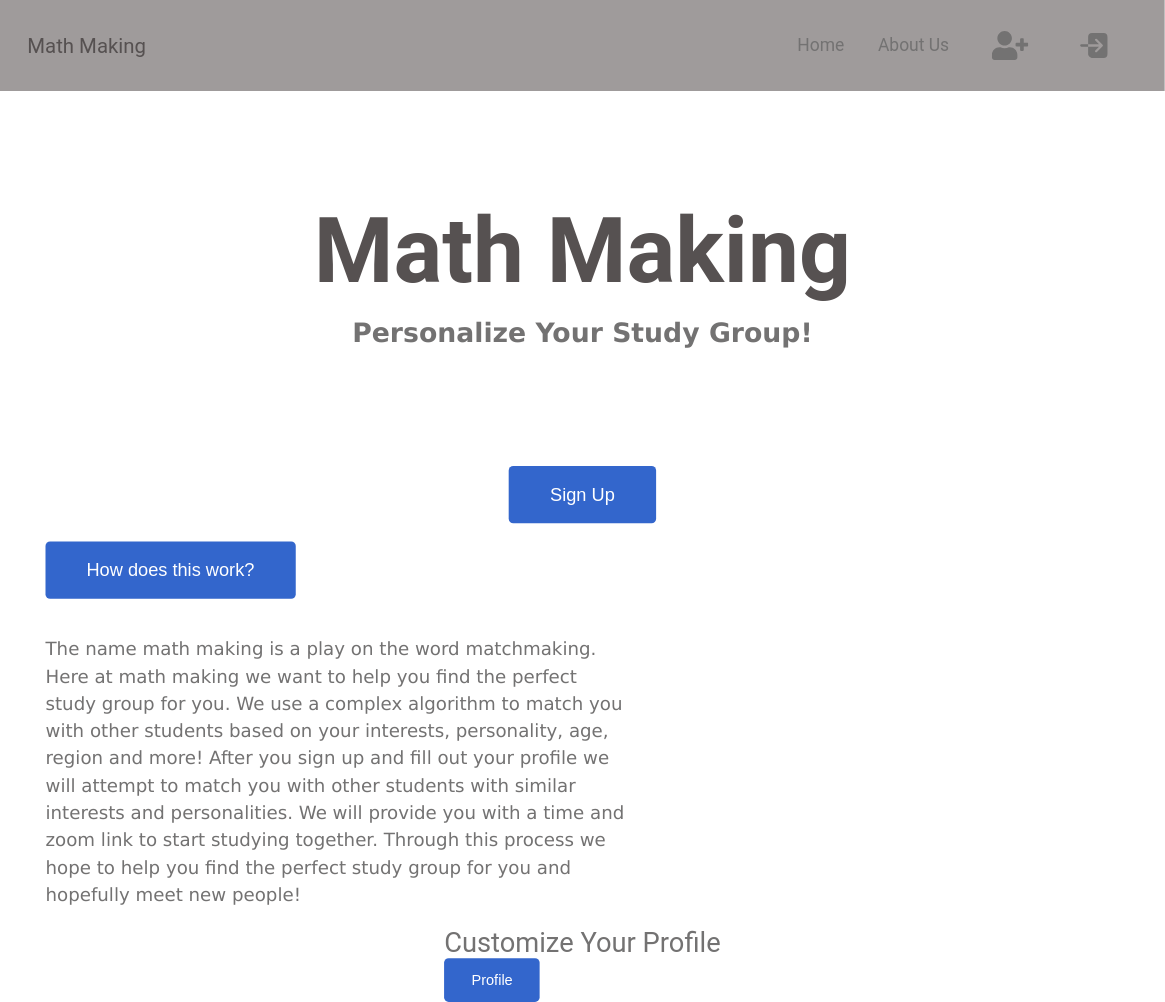
Repository: BuddyBob/mathmaking
Page: /#/, after clicking the first element matching `button.expand-button`
These files come from the project's save history. The page is drawn as it stood at one moment and after the next save; the edit follows.
The browser window is 1280 px wide. The pictures show the whole page, at 91% of full size.
The project was rebuilt for these pictures with package versions that can differ from the ones it lists, and the page was loaded fresh each time. Also part of the build but not shown: src/components/register/Login.js, src/components/register/Signup.js.

Above is the page before, as saved 2023-06-10 14:00:01.

### public/index.html
<!DOCTYPE html>
<html lang="en">
  <head>
    <meta charset="utf-8" />
    <link rel="icon" href="%PUBLIC_URL%/favicon.ico" />
    <meta name="viewport" content="width=device-width, initial-scale=1" />
    <meta name="theme-color" content="#000000" />
    <meta
      name="description"
      content="Web site created using create-react-app"
    />
    <link rel="apple-touch-icon" href="%PUBLIC_URL%/logo192.png" />

    <link rel="manifest" href="%PUBLIC_URL%/manifest.json" />

    <title>Math Making</title>
  </head>
  <body>
    <noscript>You need to enable JavaScript to run this app.</noscript>
    <div id="root"></div>

  </body>
</html>

### src/index.js
import App from './App';
import { AuthProvider } from './components/context/AuthContext';
import React from 'react';
import ReactDOM from 'react-dom';
import { HashRouter as Router } from 'react-router-dom';
ReactDOM.render(

    <Router>
        <AuthProvider>
        < App />
        </AuthProvider>
    </Router>, document.getElementById("root"));

### src/App.js
import {
  Route,
  Routes,
} from "react-router-dom";

import Home from "./Home";
import Login from './components/register/Login'
import Signup from './components/register/Signup'

export default function App() {
  return (
        <Routes>
            <Route  exact path='/' element={<Home/>} />
            <Route exact path='/signup' element={<Signup/>}/>
            <Route exact path='/login' element={<Login/>}/>
            <Route exact path='/forgot-password' element={<Login/>}/>
            <Route exact path='/profile' element={<Login/>}/>
        </Routes>
  );
}

### src/components/context/AuthContext.js
import React,  { useContext, useState, useEffect } from 'react'
import { auth } from '../../firebase'
const AuthContext = React.createContext()
export function useAuth() {
    return useContext(AuthContext)
}
export function AuthProvider({children}) {
    const [currentUser, setCurrentUser] = useState()
    const [loading, setLoading] = useState(true)
    function signup(email,password){
        return auth.createUserWithEmailAndPassword(email,password)
    }
    function login(email,password){
        return auth.signInWithEmailAndPassword(email,password)
    }
    function logout(){
        return auth.signOut()
    }
    function resetPassword(email){
        return auth.sendPasswordResetEmail(email)
    }
    useEffect(() => {
        const unsubscribe = auth.onAuthStateChanged(user => {
            setCurrentUser(user)
            setLoading(false)
        })
        return unsubscribe
    }, [])

    const value = {
        currentUser,
        login,
        signup,
        logout,
        resetPassword,
    }
    return (

        <AuthContext.Provider value={value}>
            {!loading && children}
        </AuthContext.Provider>
    )
}

### src/Home.js
import './index.css'

import React, { createContext, useEffect, useState } from "react"

import { Link } from 'react-router-dom';
import NavBar from './components/Nav/NavBar'
import { db } from './firebase'
import { useAuth } from './components/context/AuthContext'

export const AppContext = createContext()

function returnUserData(userId){
    let docRef = db.collection("users").doc(userId)
    return docRef.get().then((doc) => {
      if (doc.exists) {
          return doc.data();
      } else {
          // doc.data() will be undefined in this case
          console.log("No such document!");
      }
    }).catch((error) => {
        console.log("Error getting document:", error);
    });
  }


const Home = () =>  {
    const { currentUser, logout } = useAuth()
    const [loggedIn,setLoggedIn] = useState(currentUser ? true : false)
    const [expanded, setExpanded] = useState(false);

    const toggleContent = () => {
      setExpanded(!expanded);
    };

    //User is logged in
    useEffect(() => {
        console.log(currentUser);
        if (loggedIn){
          returnUserData(currentUser.uid).then(result => {

          })
        }
      }, [loggedIn])
    return (
        <div className="Home">
            <AppContext.Provider value={{loggedIn}}>
                <NavBar/>
                <div className="container">
                    <h1 className="title">Math Making</h1>
                    <h3 className="subtitle">Personalize Your Study Group!</h3>
                    <div class="Authentication">
                        {
                            !currentUser &&
                            <div>
                                <Link to='/signup'>
                                    <input className="signup-frontpage" type="button" value="Sign Up" />
                                </Link>
                            </div>
                        }
                    </div>
                    <div className="explanation">
                        <button className="expand-button" onClick={() => toggleContent()}>
                            How does this work?
                        </button>
                        {expanded && (
                            <div className="expanded-content">
                            <p>
                                The name math making is a play on the word matchmaking. Here at math making we want to help you find the perfect study group for you.
                                We use a complex algorithm to match you with other students based on your interests, personality, age, region and more!
                                After you sign up and fill out your profile we will attempt to match you with other students with similar interests and personalities.
                                We will provide you with a time and zoom link to start studying together. Through this process we hope to help you find the perfect study group for you
                                and hopefully meet new people!
                            </p>
                            </div>
                        )}
                    </div>
                    <div className="button-container">
                        <span className="text">Customize Your Profile</span>
                        <br/>
                        <input className="buttons" type="button" value="Profile" />
                    </div>
                </div>
            </AppContext.Provider>
        </div>
    )
}
export default Home;

### src/firebase.js
import 'firebase/compat/auth';
import 'firebase/compat/firestore';

import firebase from 'firebase/compat/app';

const app = firebase.initializeApp({
    apiKey: "AIzaSyDUYKn6vGOKdjmqakLQxaPY67alcD0Vsd8",
    authDomain: "mathmaking-f547c.firebaseapp.com",
    projectId:  "mathmaking-f547c",
    storageBucket: "mathmaking-f547c.appspot.com",
    messagingSenderId: "939151747045",
    appId: "1:939151747045:web:788ff28e0c364e37fab10c"
})
export const auth = app.auth()
export var db = firebase.firestore();

### src/index.css
:root {
  --primary-color: #3366CC;
  --secondary-color: #FF9933;
  --background-color: #F4F4F4;
  --background-color2: rgb(209, 32, 32);
  --text-color: #737272;
  --title-color: #565151;
}

@import url('https://fonts.googleapis.com/css2?family=Open+Sans:wght@300;400&family=Roboto:wght@500&display=swap');

html {
  -webkit-overflow-x-scrolling: hidden;
  overflow-x: hidden !important;
}

body {
  margin: 0;
  padding: 0;
  -webkit-overflow-x-scrolling: hidden;
  overflow-x: hidden !important;
  color: var(--background-color);
  height: 100%;
  flex-direction: column;
  justify-content: center;
  align-items: center;
}


@media screen and (min-height: 800px) {
  body {
    overflow-y: hidden;
  }
}

.title {
  font-family: 'Open Sans', sans-serif;
  font-family: 'Roboto', sans-serif;
  font-size: 100px;
  color: var(--title-color);
  text-align: center;
  margin-bottom: 10px;
}

.subtitle {
  font-family: 'Verdana', sans-serif;
  font-size: 22pt;
  color: var(--text-color);
  text-align: center;
  margin-top: 5px;
}

.container {
  display: flex;
  justify-content: center;
  align-items: center;
  flex-direction: column;
  margin-top:50px;
}

.text{
  font-family: 'Open Sans', sans-serif;
  font-family: 'Roboto', sans-serif;
  font-size: 30px;
  color: var(--text-color);
  text-align: center;
  margin-top: 5px;
}

.buttons{
  background-color: var(--primary-color);
  border: none;
  color: #FFFFFF;
  padding: 15px 30px;
  text-align: center;
  text-decoration: none;
  font-size: 16px;
  border-radius: 5px;
  cursor: pointer;
  transition: background-color 0.3s ease;
}

.logout,
.signIn,
.login-button {
  display: inline-block;
  padding: 10px 20px;
  font-family: 'Arial', sans-serif;
  font-size: 16px;
  color: #fff;
  background-color: var(--primary-color);
  border: none;
  border-radius: 5px;
  cursor: pointer;
  transition: background-color 0.3s ease;
}

.logout,
.signIn-icon,
.login-button:focus {
  outline: none;
}


.login-icon{
  color: var(--text-color);
  margin: 10px;
  transition: color 0.3s ease;
}
.signIn-icon {
  color: var(--text-color);
  margin: 10px;
  transition: color 0.3s ease;
}

.logout-icon{
  color: var(--text-color)
}
.logout-icon:hover {
  color: var(--primary-color);
  transition: color 0.3s ease;
}

.signIn-icon:hover{
  color: var(--primary-color);
  transition: color 0.3s ease;
}
.login-icon:hover{
  color: var(--primary-color);
  transition: color 0.3s ease;
}

.signup-frontpage{
  background-color: var(--primary-color);
  border: none;
  color: #FFFFFF;
  padding: 20px 45px;
  text-align: center;
  text-decoration: none;
  font-size: 20px;
  border-radius: 5px;
  cursor: pointer;
  transition: background-color 0.3s ease;
  margin-top: 100px;
}


.expand-button {
  background-color: var(--primary-color);
  border: none;
  color: #FFFFFF;
  padding: 20px 45px;
  text-align: center;
  text-decoration: none;
  font-size: 20px;
  border-radius: 5px;
  cursor: pointer;
  transition: background-color 0.3s ease;
  margin-bottom: 20px;
  margin-top: 20px;
  margin-right: auto;
  margin-left: 50px;;
}

.expand-button:hover {
  background-color: var(--secondary-color);
}

.expanded-content {
  margin-top: 20px;
  text-align: left;
  margin-right: auto;
  margin-left:50px;
  width:50%;
}

.expanded-content p {
  font-family: 'Verdana', sans-serif;
  font-size: 20px;
  color: var(--text-color);
  line-height: 1.5;
}

### src/components/Nav/NavBar.js
import './NavBar.css'

import React, { useContext, useState } from 'react'

import { AiOutlineMenu } from 'react-icons/ai'
import { AppContext } from '../../Home'
import { FaUserPlus } from 'react-icons/fa'
import { IoLogIn } from 'react-icons/io5'
import { IoLogOut } from 'react-icons/io5'
import { Link } from 'react-router-dom'
import { useAuth } from '../context/AuthContext'

function NavBar() {
    const { currentUser, logout } = useAuth();
    const { loggedIn: contextLoggedIn, userId: contextUserId } = useContext(AppContext); // Access the context values
    const [loggedIn, setLoggedIn] = useState(contextLoggedIn); // Define the loggedIn state with initial value from context

    async function handleLogout(){
        await logout()
        setLoggedIn(false)
    }
    return (
        <div id="navbar">
            {loggedIn &&
            <div id="logged-in">
                <nav className="navbar">
                    <Link to="/" style={{ textDecoration: 'none' }}>
                        <span className="logo">Math Making</span>
                    </Link>
                    <div className="navbar-links">
                        <ul>
                            <li>
                                <Link to="/">
                                    <span className="icon">Home</span>
                                </Link>
                            </li>
                            <li>
                                <Link to="/profile">
                                    <span className="icon">Profile</span>
                                </Link>
                            </li>
                            <li>
                                <Link to="/about-us">
                                    <span className="icon">About Us</span>
                                </Link>
                            </li>
                            <li>
                                <Link to='/'>
                                    <IoLogOut size={40} className="login-icon" onClick={handleLogout} />
                                </Link>
                            </li>
                        </ul>
                    </div>
                </nav>
            </div>
            }
            {!loggedIn &&
            <div id="logged-out">
                <nav className="navbar">
                    <Link to="/" style={{ textDecoration: 'none' }}>
                        <span className="logo">Math Making</span>
                    </Link>
                    <div className="navbar-links">
                        <ul>
                            <li>
                                <Link to="/">
                                    <span className="icon">Home</span>
                                </Link>
                            </li>
                            <li>
                                <Link to="/about-us">
                                    <span className="icon">About Us</span>
                                </Link>
                            </li>
                            <li>
                                <Link to='/signup'>
                                    <FaUserPlus size={40} className="signIn-icon" />
                                </Link>
                            </li>
                            <li>
                                <Link to='/login'>
                                    <IoLogIn size={40} className="login-icon" />
                                </Link>
                            </li>
                        </ul>
                    </div>
                </nav>

            </div>
            }
        </div>
    )
}

export default NavBar

### src/components/register/Register.css
:root {
  --primary-color: #3366CC;
  --secondary-color: #FF9933;
  --background-color: #F4F4F4;
  --background-color2: rgb(159, 155, 155);
  --text-color: #737272;
  --title-color: #565151;
}
  /* Wrapper */
  .wrapper {
    display: flex;
    align-items: center;
    justify-content: center;
    flex-direction: column;
    min-height: 100vh;
    background-color: var(--background-color);
  }

  /* Form Content */
  #formContent {
    background-color: var(--background-color2);
    padding: 30px;
    width: 90%;
    max-width: 450px;
    height: 450px;
    border-radius: 10px;
    text-align: center;
  }

  /* Title */
  .register-title {
    color: var(--title-color);
    font-size: 24px;
    margin-bottom: 50px;
    margin-top: 60px;
  }

  /* Error Message */
  .error-container {
    margin-bottom: 20px;
  }

  .error-text {
    color: var(--title-color);
    font-size: 14px;
    text-align: left;
  }

  .closeIcon {
    color: var(--title-color);
  }

  /* Form Inputs */
  input[type="text"],
  input[type="password"] {
    background-color: #F8F8F8;
    border: 2px solid #E0E0E0;
    color: var(--text-color);
    padding: 15px 20px;
    margin-bottom: 20px;
    width: 80%;
    border-radius: 5px;
    transition: border-color 0.3s ease;
  }

  input[type="text"]:focus,
  input[type="password"]:focus {
    border-color: var(--primary-color);
    outline: none;
  }

  /* Submit Button */
  input[type="submit"] {
    background-color: var(--primary-color);
    border: none;
    color: #FFFFFF;
    padding: 15px 30px;
    text-align: center;
    text-decoration: none;
    font-size: 16px;
    border-radius: 5px;
    cursor: pointer;
    transition: background-color 0.3s ease;
  }

  input[type="submit"]:hover {
    background-color: var(--secondary-color);
  }

  /* Redirect Register */
  .redirect-register {
    margin-top: 20px;
    color: var(--text-color);
    font-size: 14px;
  }

  .redirect-register-text {
    color: var(--text-color);
  }

  .redirect-register-click {
    color: var(--primary-color);
    text-decoration: none;
  }

  .redirect-register-click:hover {
    text-decoration: underline;
  }

  /* Forgot Password */
  .forgot-pwd {
    margin-top: 10px;
    color: var(--text-color);
    font-size: 14px;
    text-align: center; /* Center the text horizontally */
    margin-bottom: 20px; /* Add some space below the forgot password link */
  }

  .forgot-pwd a {
    color: var(--primary-color);
    text-decoration: none;
  }

  .forgot-pwd a:hover {
    text-decoration: underline;
  }

### src/components/Nav/NavBar.css
:root {
    --primary-color: #3366CC;
    --secondary-color: #FF9933;
    --background-color: #F4F4F4;
    --background-color2: #e5e3e3;
    --text-color: #444444;
    --title-color: #6b6969;
  }
  @import url('https://fonts.googleapis.com/css2?family=Open+Sans:wght@300;400&family=Roboto:wght@500&display=swap');

.navbar{
    font-family: 'Open Sans', sans-serif;
    font-family: 'Roboto', sans-serif;
    display:flex;
    justify-content: space-between;
    align-items: center;
    background-color:var(--background-color2);
    color:var(--text-color)
}
.logo{

    color: var(--title-color);
    font-size: 1.4rem;
    margin: .5rem;
    margin-left:30px;
    text-decoration: none;
    list-style: none;
}
.logo:hover{
    transition: color 0.3s ease;
    color: var(--secondary-color);
    text-decoration: none;
}

.navbar-links ul{
    margin:2px;
    margin-right:30px;
    padding:2px;
    display:flex;
}
.navbar-links li{
    list-style: none;
}
.navbar-links li a {
    text-decoration:none;
    color: var(--white);
    padding:1rem;
    display:block;
}
.navbar-links li a:hover{
    color: var(--titleColor);
}
@media screen and (max-width:747px) {
    .logo{
        position: relative;
        right:15px;
    }
}

.navbar-links li a {
    text-decoration: none;
    color: var(--white);
    display: flex;
    align-items: center; /* Vertically center the content */
}

.navbar-links li a .icon {
    margin-right: 5px; /* Adjust the spacing between the icon and text */
}

.navbar-links li a .text {
    font-size: 16px; /* Adjust the font size of the text */
}

.icon{
    font-size: 1.2rem;
    margin-top:18px;
}

.logout-icon{
    font-size: 1.2rem;
    margin-top:20px;
    margin-left:10px;
    margin-right:20px;
}

After the next save:
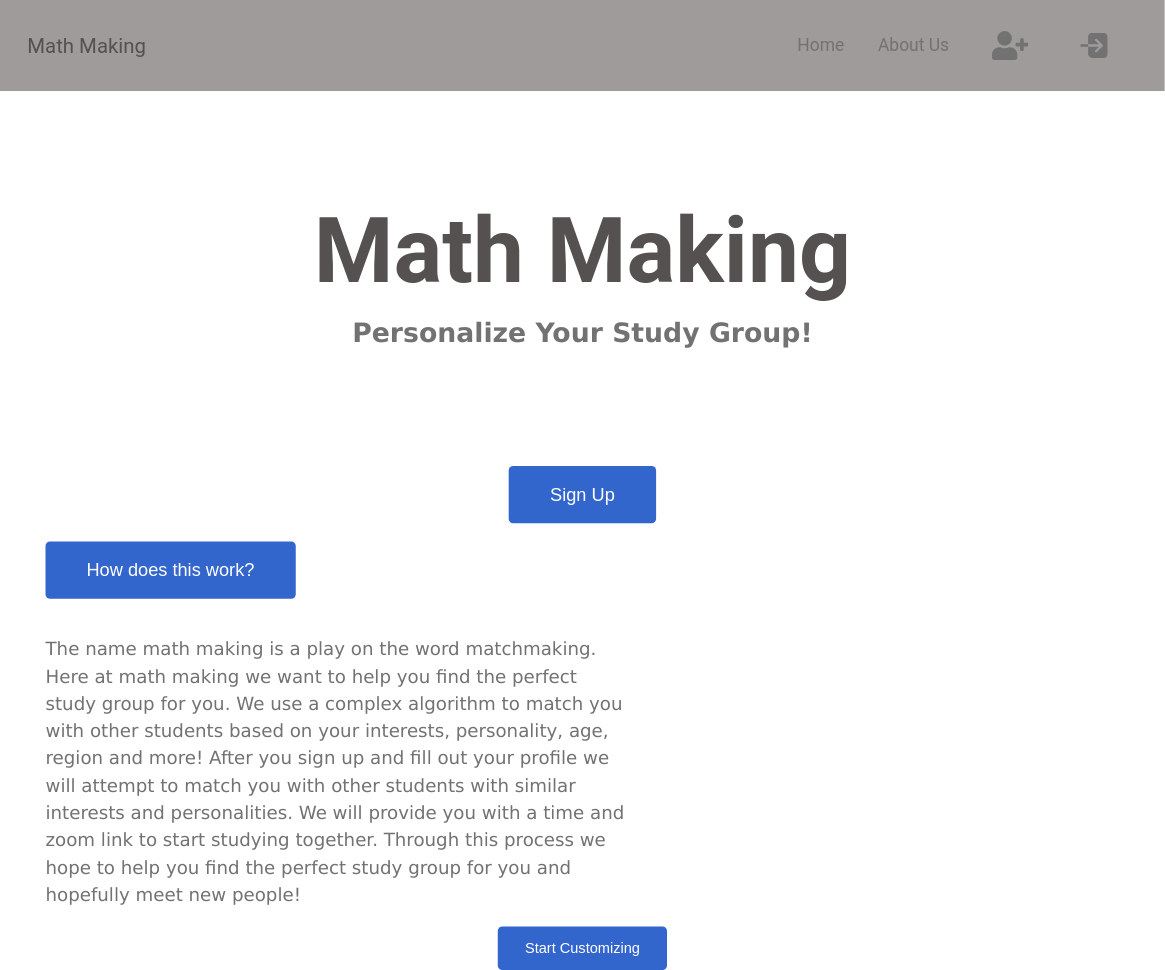
Saved 62 s later.
--- a/src/Home.js
+++ b/src/Home.js
@@ -76,9 +76,7 @@
                         )}
                     </div>
                     <div className="button-container">
-                        <span className="text">Customize Your Profile</span>
-                        <br/>
-                        <input className="buttons" type="button" value="Profile" />
+                        <input className="buttons" type="button" value="Start Customizing" />
                     </div>
                 </div>
             </AppContext.Provider>
